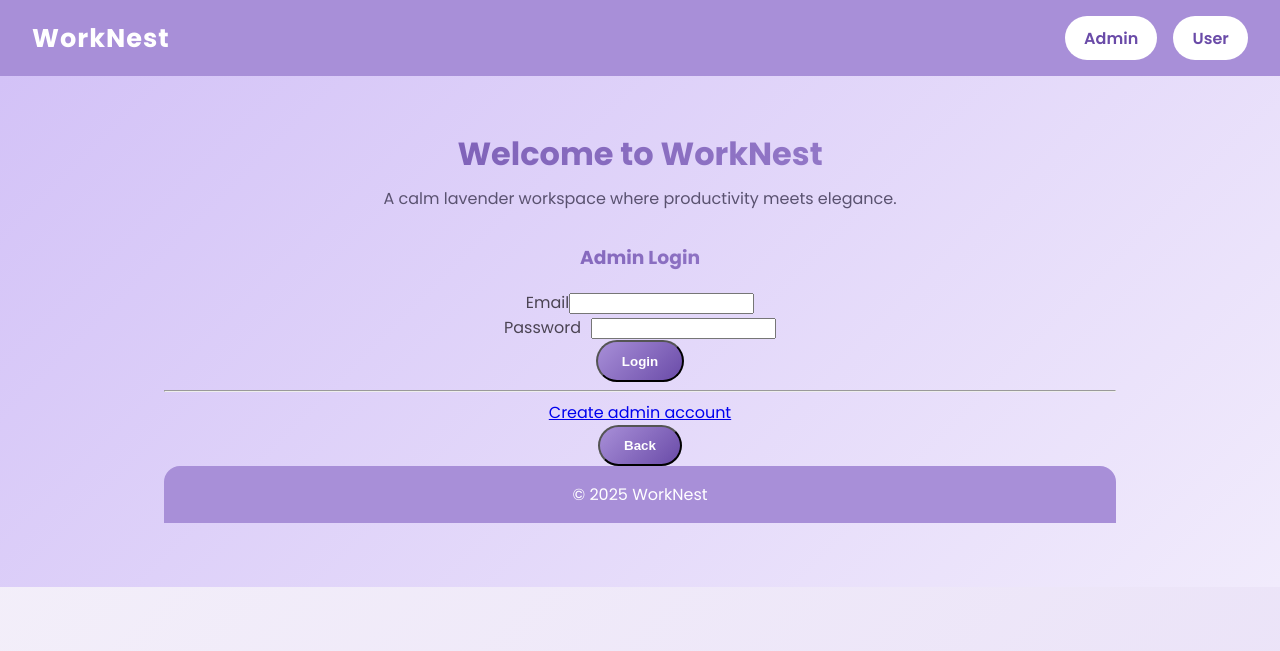
Repository: Sourav5harma/WiproProject
Page: http://localhost/WorkNestApp/WEB-INF/jsp/admin-login.jsp
The author's editor kept a copy of each file at every save. The page is drawn from the files as they stood at one save, then again after the next save.
The browser window is 1280 px wide. The pictures show the whole page.
The page is served by Tomcat 9. Nobody is signed in. The template is opened directly, without the code that normally fills it, so the values that code supplies are empty.

Above is the page before, as saved 2025-08-27 19:19:53.

After the next save:
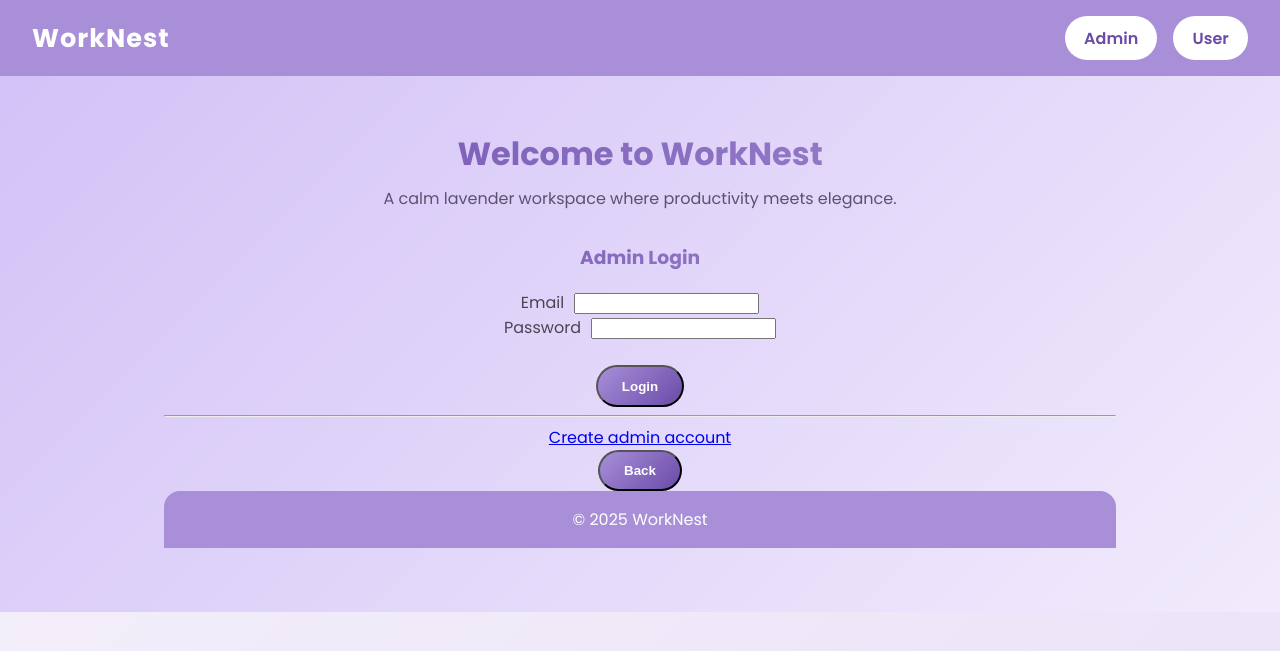
Saved 102 s later.
--- a/WorkNestApp/src/main/webapp/WEB-INF/jsp/admin-login.jsp
+++ b/WorkNestApp/src/main/webapp/WEB-INF/jsp/admin-login.jsp
@@ -270,14 +270,15 @@ footer {
 							</c:if>
 							<form method="post" action="<c:url value='/admin/login'/>">
 								<div class="mb-3">
-									<label class="form-label">Email</label><input name="email" class="form-control"
+									<label class="form-label" style="margin-right: 10px">Email</label><input name="email" class="form-control"
 										required class="form-control">
 
 								<div class="mb-3">
 									<label class="form-label" style="margin-right: 10px">Password</label><input name="password" type="password"
 										class="form-control" required class="form-control">
 
-								<br><button class="btn btn-primary w-100" class="btn btn-primary mt-3">Login</button>
+								<br><br>
+								<button class="btn btn-primary w-100" class="btn btn-primary mt-3">Login</button>
 							</form>
 							<hr>
 							<a href="<c:url value='/admin/register'/>">Create admin
